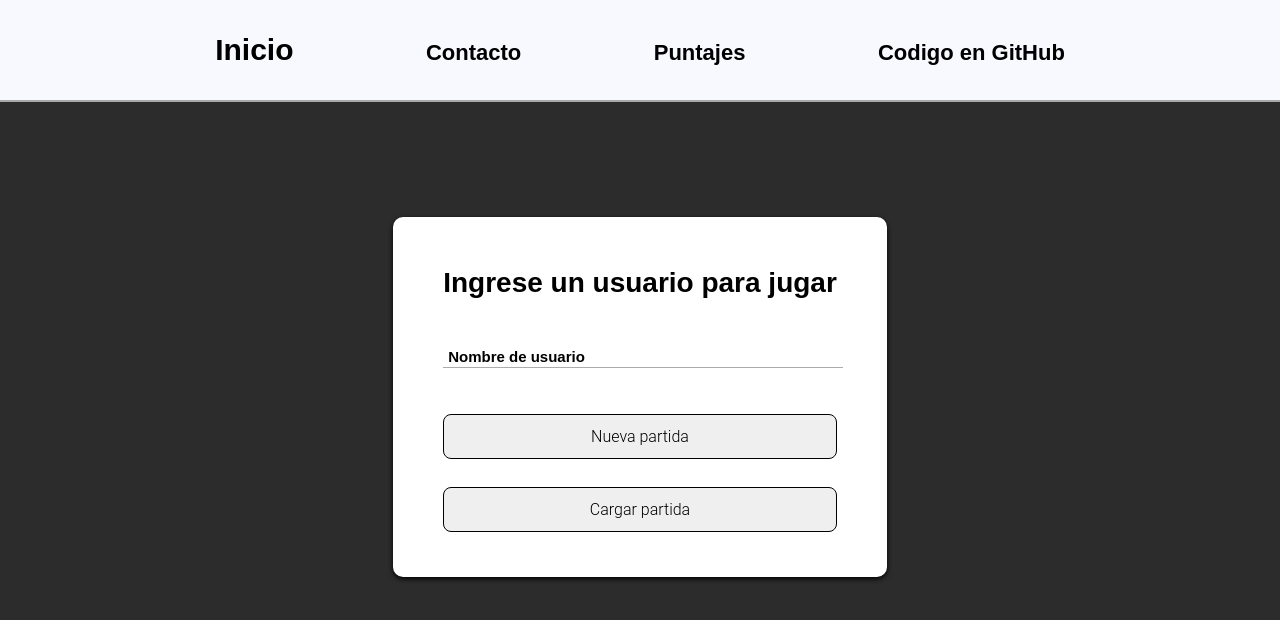
Repository: FacundoKinderknecht/FacundoKinderknecht_Wordle_Game_LPPA
Page: index.html
An editor plug-in stored every save of this project. The page is shown before and after the next save, followed by the edit.
The browser window is 1280 px wide. The pictures show the whole page.
The pointer rests on the first visible `header nav a`.

Above is the page before, as saved 2023-08-08 03:00:55.

After the next save:
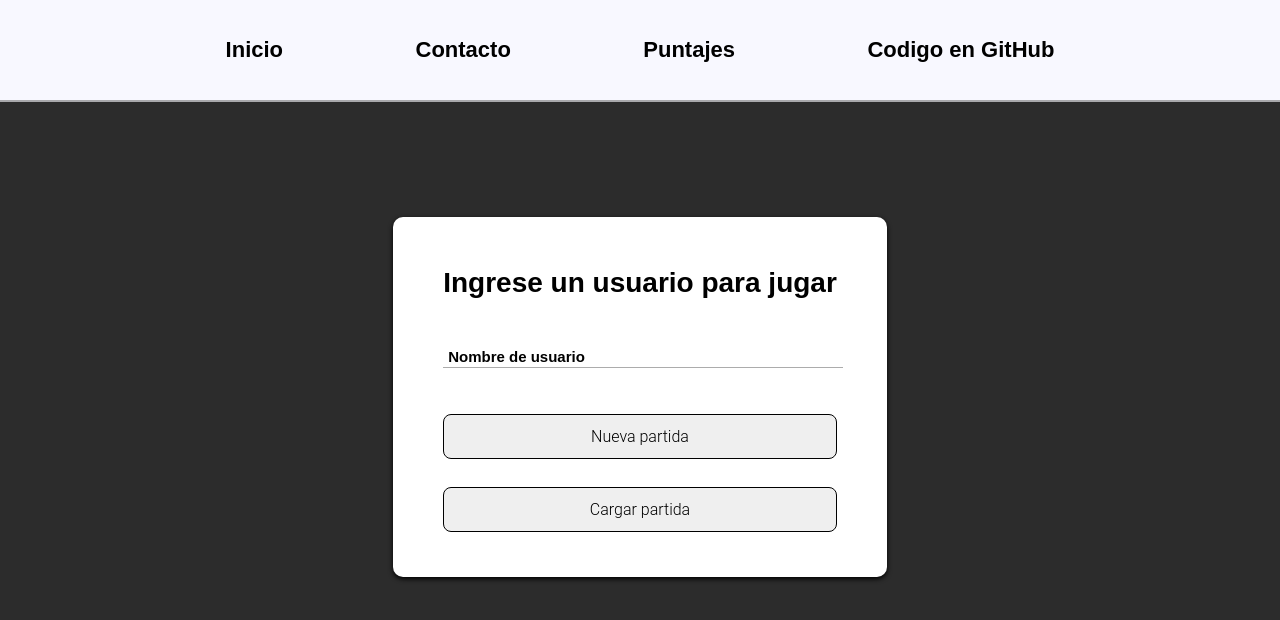
Saved 19 s later.
--- a/css/styles.css
+++ b/css/styles.css
@@ -34,10 +34,6 @@ header nav a{
     margin: 5%;
 }
 
-header nav a:hover{
-    font-size: 30px;
-}
-
 header nav i{
     font-size: 22px;
 }
